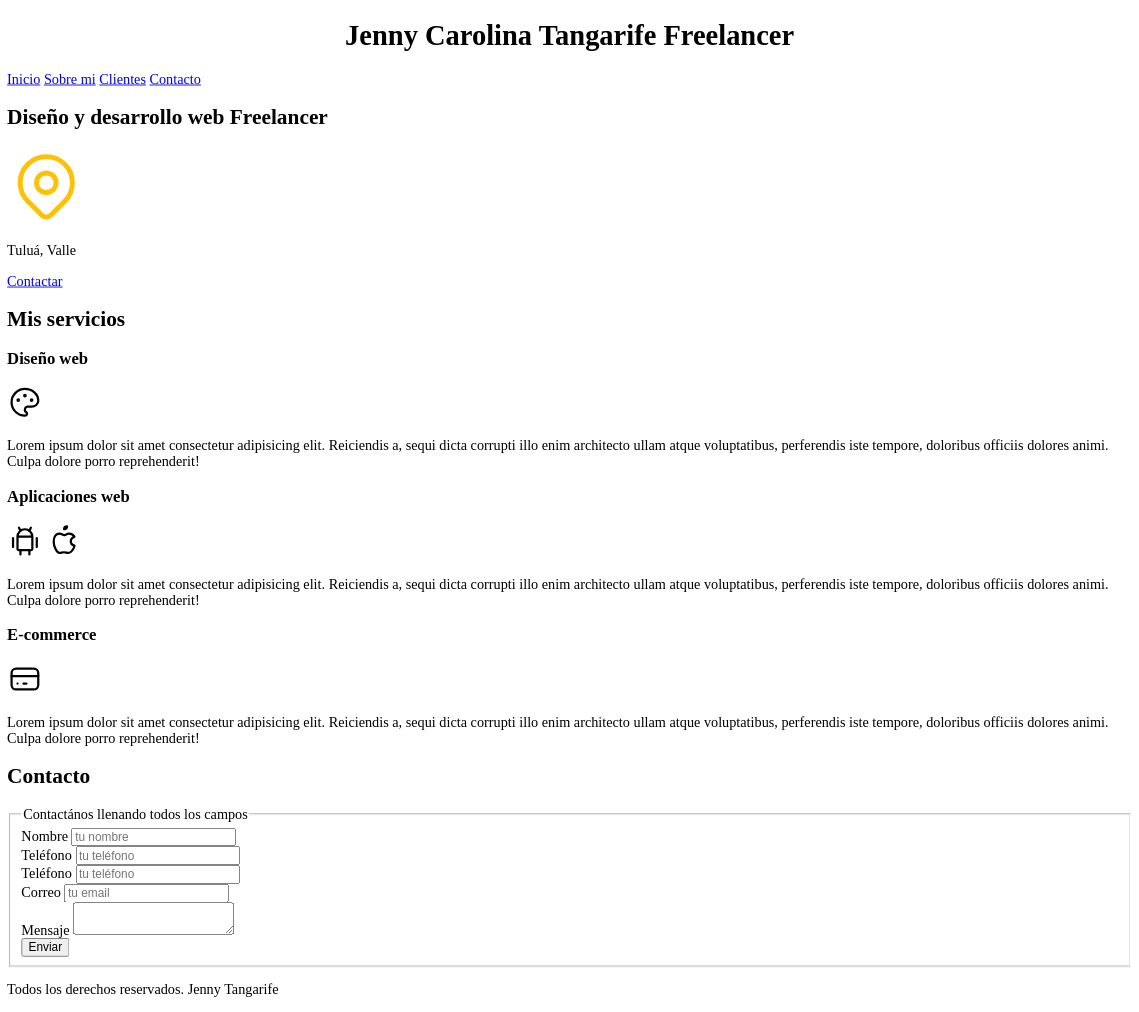
Repository: Jenny980/Sitio-freelancer
Page: index.html
An editor plug-in stored every save of this project. The page is shown before and after the next save, followed by the edit.
The browser window is 1280 px wide. The pictures show the whole page, at 89% of full size.

Above is the page before, as saved 2023-01-28 14:11:29.

### index.html
<!DOCTYPE html>
<html lang="en">
<head>
    <meta charset="UTF-8">
    <meta http-equiv="X-UA-Compatible" content="IE=edge">
    <meta name="viewport" content="width=device-width, initial-scale=1.0">
    <title>Diseñador Freelancer</title>
    <link rel="preload" href="css/styles.css" as="style">
    <link rel="stylesheet" href="css/styles.css">
</head>
<body>
    <header>
        <h1>Jenny Carolina Tangarife <span>Freelancer</span></h1>
    </header>

    <nav>
        <a href="#">Inicio</a>
        <a href="#">Sobre mi</a>
        <a href="#">Clientes</a>
        <a href="#">Contacto</a>
    </nav>


    <section>
        <h2>Diseño y desarrollo web Freelancer</h2>

        <svg xmlns="http://www.w3.org/2000/svg" class="icon icon-tabler icon-tabler-map-pin" width="88" height="88" viewBox="0 0 24 24" stroke-width="1.5" stroke="#FFC107" fill="none" stroke-linecap="round" stroke-linejoin="round">
            <path stroke="none" d="M0 0h24v24H0z" fill="none"/>
            <circle cx="12" cy="11" r="3" />
            <path d="M17.657 16.657l-4.243 4.243a2 2 0 0 1 -2.827 0l-4.244 -4.243a8 8 0 1 1 11.314 0z" />
        </svg>

        <p>Tuluá, Valle</p>
        <a href="#">Contactar</a>
    </section>


    <main>
        <h2>Mis servicios</h2>

        <section>
            <h3>Diseño web</h3>
            <svg xmlns="http://www.w3.org/2000/svg" class="icon icon-tabler icon-tabler-palette" width="40" height="40" viewBox="0 0 24 24" stroke-width="1.5" stroke="#000000" fill="none" stroke-linecap="round" stroke-linejoin="round">
                <path stroke="none" d="M0 0h24v24H0z" fill="none"/>
                <path d="M12 21a9 9 0 1 1 0 -18a9 8 0 0 1 9 8a4.5 4 0 0 1 -4.5 4h-2.5a2 2 0 0 0 -1 3.75a1.3 1.3 0 0 1 -1 2.25" />
                <circle cx="7.5" cy="10.5" r=".5" fill="currentColor" />
                <circle cx="12" cy="7.5" r=".5" fill="currentColor" />
                <circle cx="16.5" cy="10.5" r=".5" fill="currentColor" />
            </svg>
            <p>Lorem ipsum dolor sit amet consectetur adipisicing elit. Reiciendis a, sequi dicta corrupti illo enim
                architecto ullam atque voluptatibus, perferendis iste tempore, doloribus officiis dolores animi.
                Culpa dolore porro reprehenderit!</p>
        </section>

        <section>
            <h3>Aplicaciones web</h3>
            <svg xmlns="http://www.w3.org/2000/svg" class="icon icon-tabler icon-tabler-brand-android" width="40" height="40" viewBox="0 0 24 24" stroke-width="1.5" stroke="#000000" fill="none" stroke-linecap="round" stroke-linejoin="round">
                <path stroke="none" d="M0 0h24v24H0z" fill="none"/>
                <line x1="4" y1="10" x2="4" y2="16" />
                <line x1="20" y1="10" x2="20" y2="16" />
                <path d="M7 9h10v8a1 1 0 0 1 -1 1h-8a1 1 0 0 1 -1 -1v-8a5 5 0 0 1 10 0" />
                <line x1="8" y1="3" x2="9" y2="5" />
                <line x1="16" y1="3" x2="15" y2="5" />
                <line x1="9" y1="18" x2="9" y2="21" />
                <line x1="15" y1="18" x2="15" y2="21" />
            </svg>
            <svg xmlns="http://www.w3.org/2000/svg" class="icon icon-tabler icon-tabler-brand-apple" width="40" height="40" viewBox="0 0 24 24" stroke-width="1.5" stroke="#000000" fill="none" stroke-linecap="round" stroke-linejoin="round">
                <path stroke="none" d="M0 0h24v24H0z" fill="none"/>
                <path d="M9 7c-3 0 -4 3 -4 5.5c0 3 2 7.5 4 7.5c1.088 -.046 1.679 -.5 3 -.5c1.312 0 1.5 .5 3 .5s4 -3 4 -5c-.028 -.01 -2.472 -.403 -2.5 -3c-.019 -2.17 2.416 -2.954 2.5 -3c-1.023 -1.492 -2.951 -1.963 -3.5 -2c-1.433 -.111 -2.83 1 -3.5 1c-.68 0 -1.9 -1 -3 -1z" />
                <path d="M12 4a2 2 0 0 0 2 -2a2 2 0 0 0 -2 2" />
            </svg>
            <p>Lorem ipsum dolor sit amet consectetur adipisicing elit. Reiciendis a, sequi dicta corrupti illo enim
                architecto ullam atque voluptatibus, perferendis iste tempore, doloribus officiis dolores animi.
                Culpa dolore porro reprehenderit!</p>
        </section>

        <section>
            <h3>E-commerce</h3>
            <svg xmlns="http://www.w3.org/2000/svg" class="icon icon-tabler icon-tabler-credit-card" width="40" height="40" viewBox="0 0 24 24" stroke-width="1.5" stroke="#000000" fill="none" stroke-linecap="round" stroke-linejoin="round">
                <path stroke="none" d="M0 0h24v24H0z" fill="none"/>
                <rect x="3" y="5" width="18" height="14" rx="3" />
                <line x1="3" y1="10" x2="21" y2="10" />
                <line x1="7" y1="15" x2="7.01" y2="15" />
                <line x1="11" y1="15" x2="13" y2="15" />
            </svg>
            <p>Lorem ipsum dolor sit amet consectetur adipisicing elit. Reiciendis a, sequi dicta corrupti illo enim
                architecto ullam atque voluptatibus, perferendis iste tempore, doloribus officiis dolores animi.
                Culpa dolore porro reprehenderit!</p>
        </section>

    </main>

    <section>
        <h2>Contacto</h2>
        <form>
            <fieldset>
                <legend>Contactános llenando todos los campos</legend>

                <div>
                    <label>Nombre</label>
                    <input type="text" placeholder="tu nombre">
                </div>

                <div>
                    <label>Teléfono</label>
                    <input type="tel" placeholder="tu teléfono">
                </div>

                <div>
                    <label>Teléfono</label>
                    <input type="tel" placeholder="tu teléfono">
                </div>

                <div>
                    <label>Correo</label>
                    <input type="email" placeholder="tu email">
                </div>

                <div>
                    <label>Mensaje</label>
                    <textarea></textarea>
                </div>

                <div>
                    <input type="submit" value="Enviar">
                </div>

            </fieldset>
        </form>
    </section>

    <footer>
        <p>Todos los derechos reservados. Jenny Tangarife</p>
    </footer>

</body>
</html>

### css/styles.css
html{
    font-size: 62.5%;
}
body{
    font-size: 16px;
}
h1 {
    text-align: center;
}

span {
    font-size: 20 px;
}

After the next save:
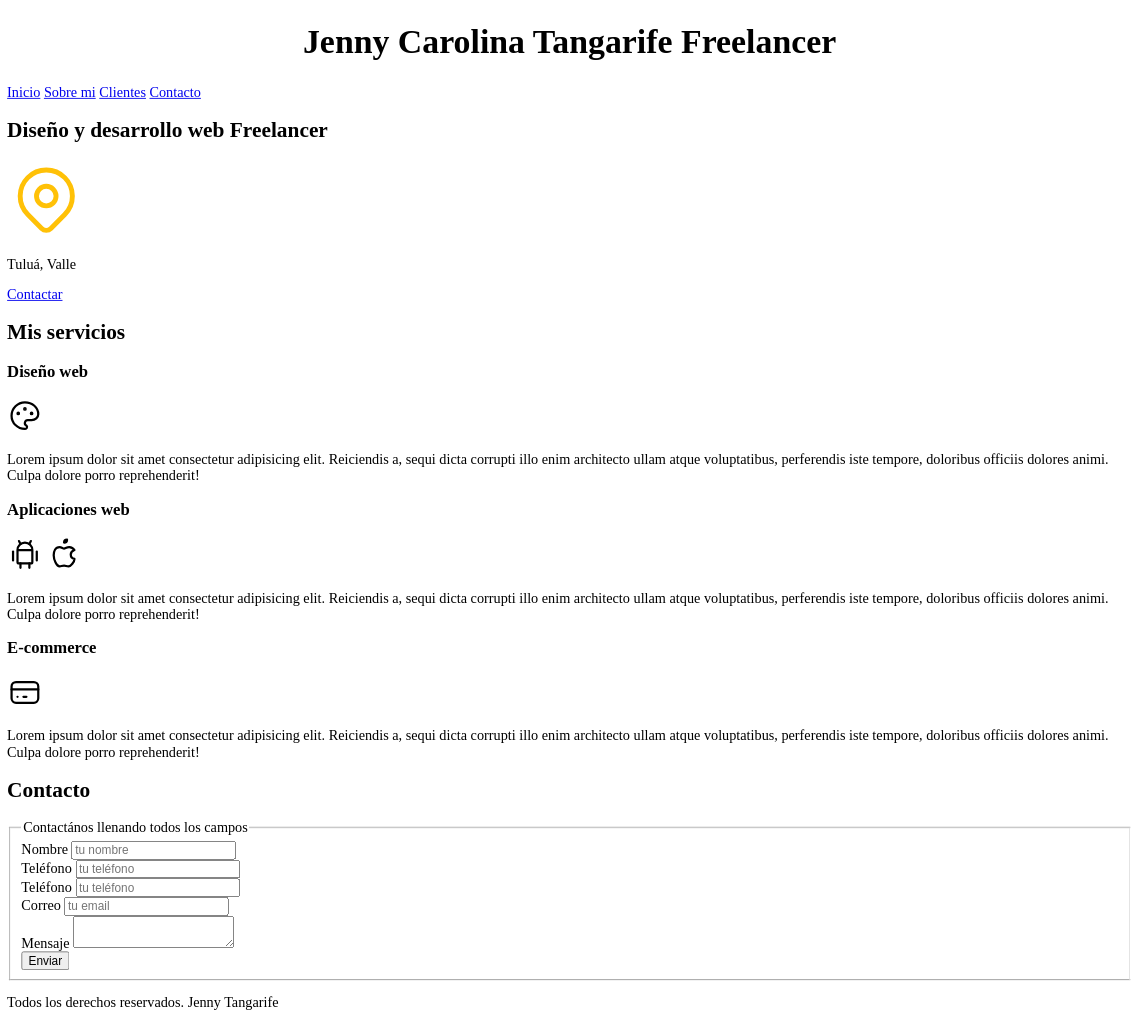
Saved 20 s later.
--- a/css/styles.css
+++ b/css/styles.css
@@ -6,8 +6,9 @@ body{
 }
 h1 {
     text-align: center;
+    font-size: 3.8rem;
 }
 
 span {
-    font-size: 20 px;
+    font-size: 2 rem;
 }
